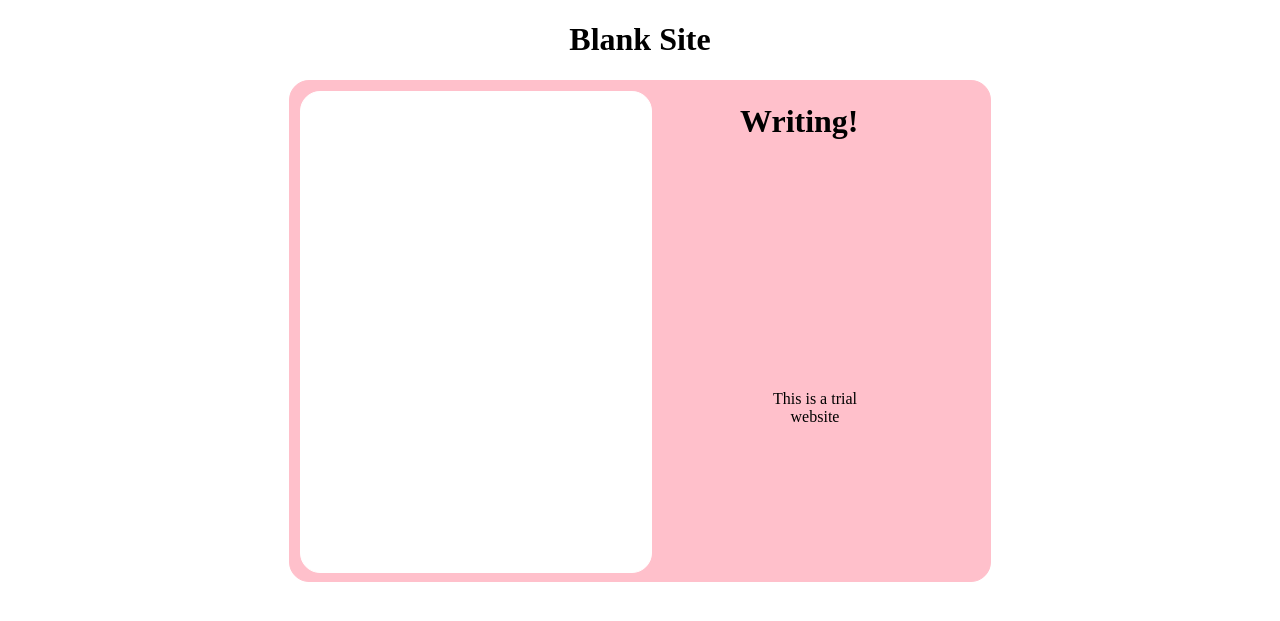
Repository: yhung004/Blank_Project
Page: index.html
The author's editor kept a copy of each file at every save. The page is drawn from the files as they stood at one save, then again after the next save.
The browser window is 1280 px wide. The pictures show the whole page.

Above is the page before, as saved 2024-04-04 03:29:59.

After the next save:
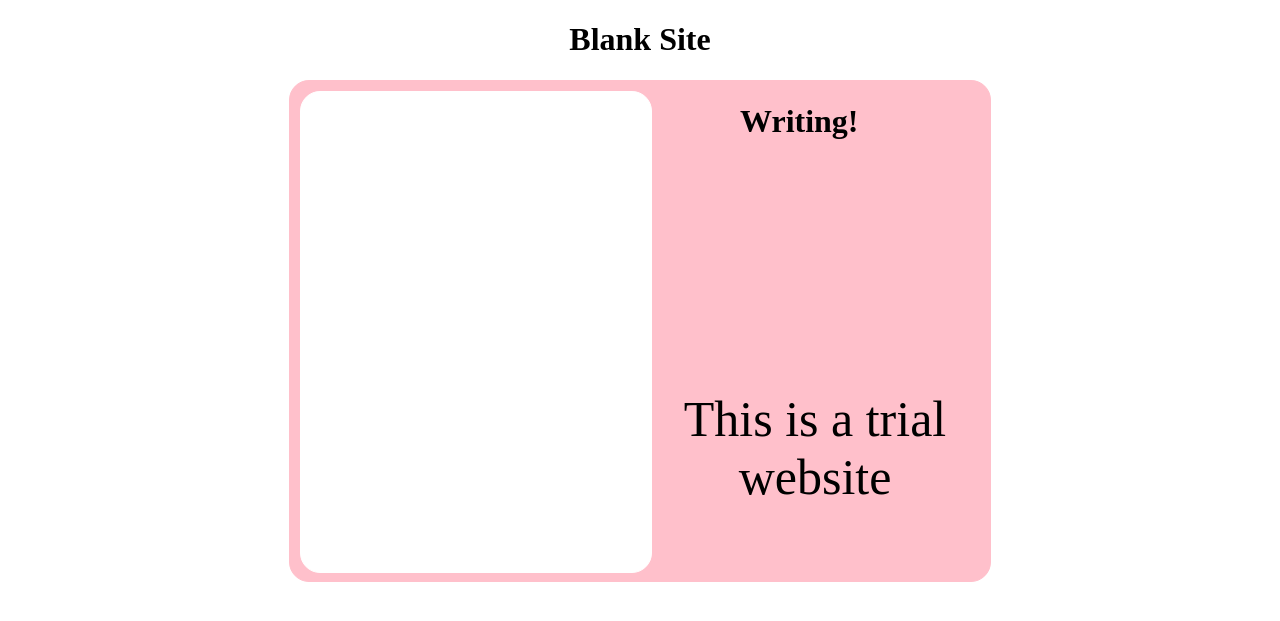
Saved 16 s later.
--- a/index.css
+++ b/index.css
@@ -30,5 +30,5 @@
     margin-left:-350px;
     margin-top: 250px;
     text-align:center;
-    size:large;
+    font-size: 50px;
 }
